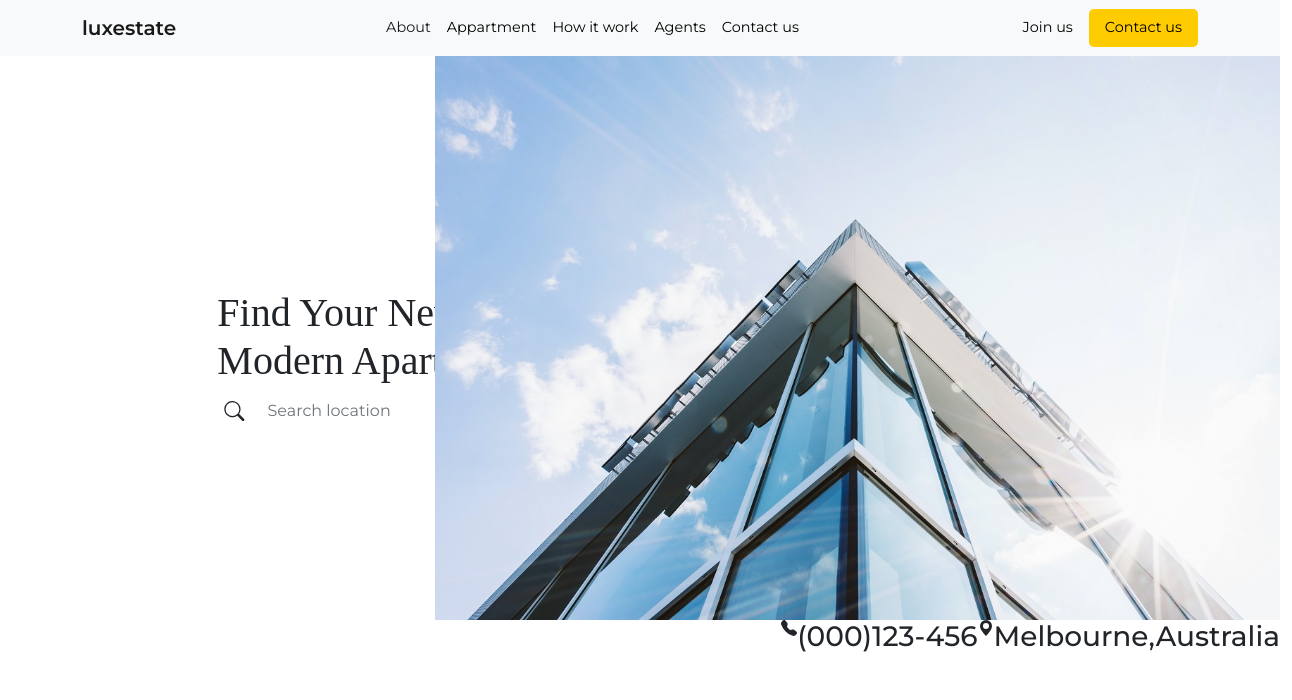
Repository: Toqa-25/luxstate
Page: index.html
The author's editor kept a copy of each file at every save. The page is drawn from the files as they stood at one save, then again after a run of saves.
The browser window is 1280 px wide. The page is 1292 px wide, so the pictures cover 1292 px, including what lies to the right of the window. The pictures show the whole page.

Above is the page before, as saved 2021-06-07 23:45:25.

After the next 2 saves:
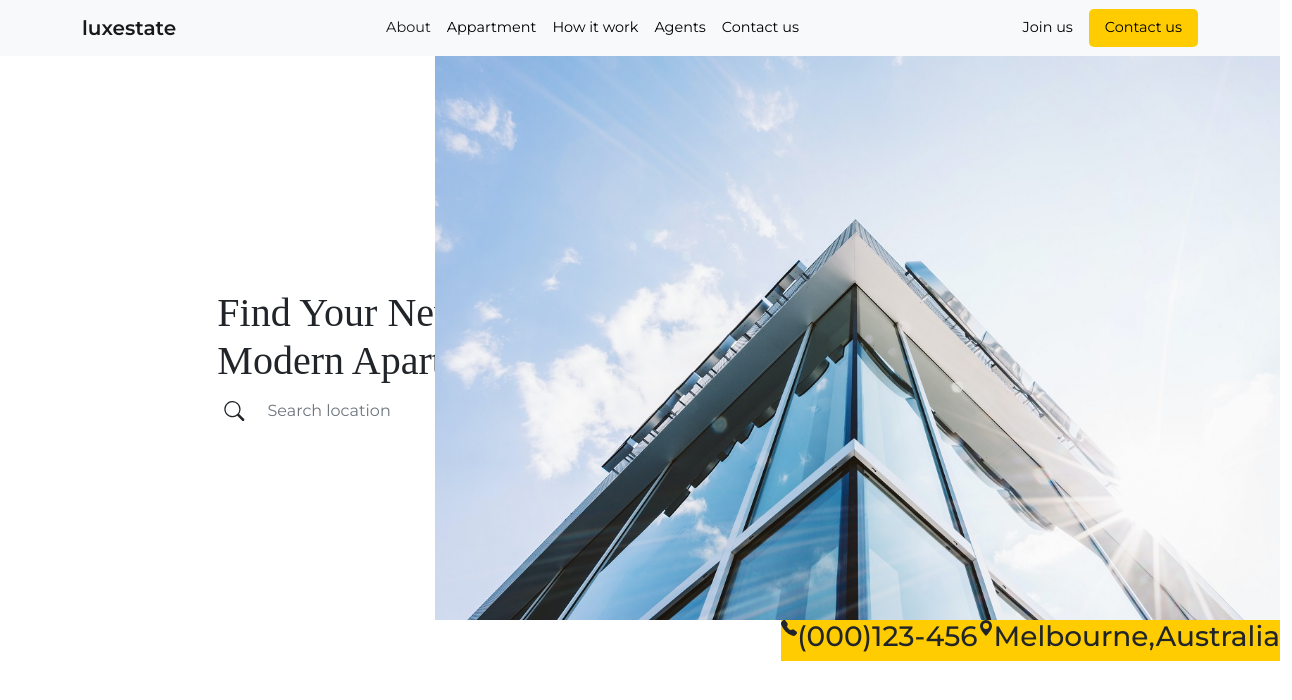
The 2 saves are shown as one change because they came seconds apart.
The last was saved 6 s later.
--- a/css/style.css
+++ b/css/style.css
@@ -51,4 +51,6 @@ header .row{
 header .image-section{
   position: relative;
 }
-.text-over
+.text-over{
+    background: var(--main-color);
+}
